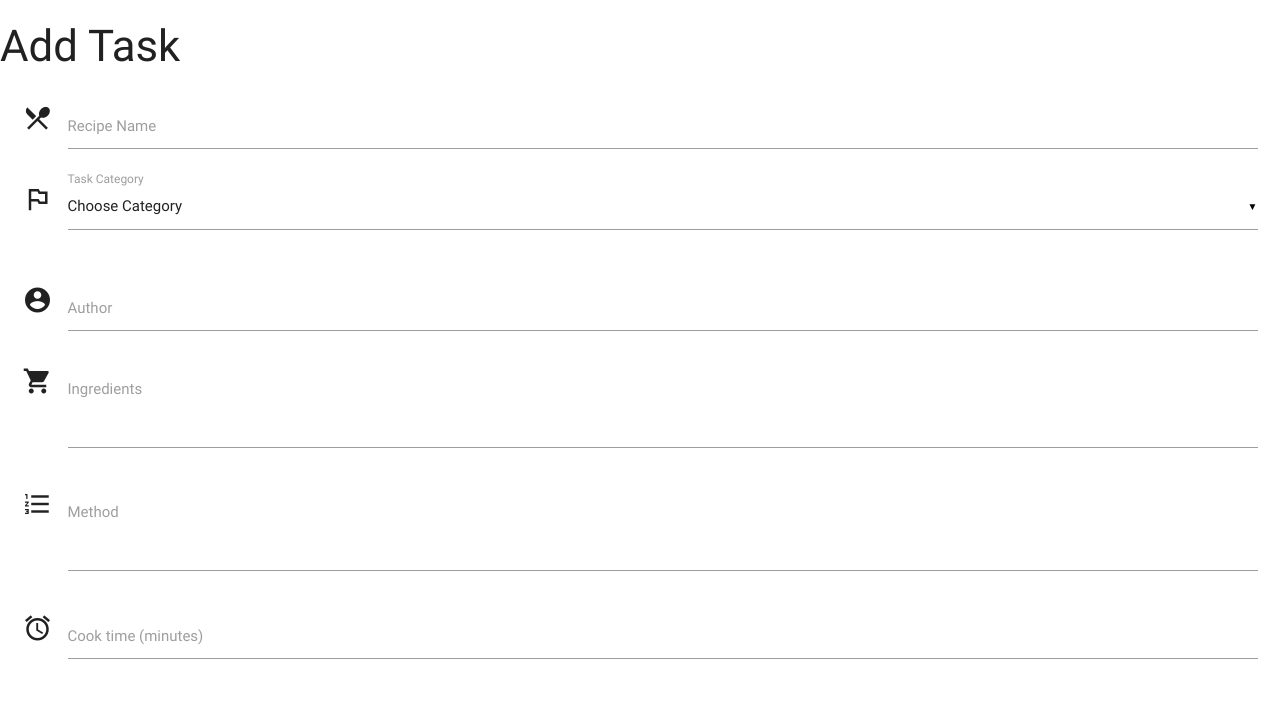
Repository: nakitamccool/francisillingworth-milestone-project-3
Page: http://localhost/add_recipe
The author's editor kept a record of every edit. The page is drawn from the files as they stood at one moment, then again after the next edit.
The browser window is 1280 px wide. The pictures show the whole page.
The page is served by the project's application, run on Flask 3 (app.py). Queries for data that is not in the repository find no rows.

Above is the page before.

### templates/addrecipe.html
{% extends 'base.html' %} {% block content %}

<h3>Add Task</h3>
<div class="row">
    <form action="" method="POST" class="col s12">
        <div class="row">
            <div class="input-field col s12">
                <i class="material-icons prefix">local_dining</i>
                <input id="recipe_name" name="recipe_name" id="recipe_name" type="text" class="validate">
                <label for="icon_prefix">Recipe Name</label>
            </div>


        <div class="row">
            <div class="input-field col s12">
                  <i class="material-icons prefix">outlined_flag</i>
                    <select id="cuisine" name="cuisine_type">
                  <option value="" disabled selected>Choose Category</option>
                  {% for cat in cuisine %}
                      <option value="{{cat.cuisine_type}}">{{cat.cuisine_type}}</option>
                  {% endfor %}
                </select>
                    <label>Task Category</label>
                </div>
            </div>


            <div class="input-field col s12">
                <i class="material-icons prefix">account_circle</i>
                <input id="author" name="author" id="author" type="text" class="validate">
                <label for="icon_telephone">Author</label>
            </div>
            <div class="input-field col s12">
                <i class="material-icons prefix">local_grocery_store</i>
                <textarea id="ingredients" name="ingredients" id="ingredients" class="materialize-textarea"></textarea>
                <label for="icon_telephone">Ingredients</label>
            </div>
            <div class="input-field col s12">
                <i class="material-icons prefix">format_list_numbered</i>
                <textarea name="method" id="method" class="materialize-textarea"></textarea>
                <label for="icon_telephone">Method</label>
            </div>
            <div class="input-field col s12">
                <i class="material-icons prefix">alarm</i>
                <input id="cook_time" name="cook_time" id="cook_time" type="tel" class="validate">
                <label for="icon_telephone">Cook time (minutes)</label>
            </div>
        </div>
    </form>
</div>



{% endblock %}

### templates/base.html
<!DOCTYPE html>
<html lang="en">
<head>
    <link href="https://fonts.googleapis.com/icon?family=Material+Icons"
      rel="stylesheet">
    <link rel="stylesheet"  href="https://cdnjs.cloudflare.com/ajax/libs/materialize/0.100.2/css/materialize.min.css">


</head>
<body>

    {% block content %}
    {% endblock %}
    <script src="https://cdnjs.cloudflare.com/ajax/libs/jquery/3.4.1/jquery.min.js" integrity="sha256-CSXorXvZcTkaix6Yvo6HppcZGetbYMGWSFlBw8HfCJo=" crossorigin="anonymous"></script>
    <script src="https://cdnjs.cloudflare.com/ajax/libs/materialize/0.100.2/js/materialize.min.js"></script>
    <script type="text/javascript">
         $(document).ready(function(){
    $('.collapsible').collapsible();
    $('select').material_select();
  });

    </script>


</body>
</html>

### app.py
import os
from flask import Flask , render_template, redirect, request, url_for
from flask_pymongo import PyMongo
from bson.objectid import ObjectId

db_password = os.environ.get('DB_PASSWORD')

app = Flask(__name__)

app.config["MONGO_DBNAME"] = 'recipe_project'
app.config["MONGO_URI"] = 'mongodb+srv://root:r00tUser@myfirstcluster-aogax.mongodb.net/recipe_project?retryWrites=true&w=majority'

mongo = PyMongo(app)

@app.route('/')

@app.route('/add_recipe')
def add_recipe():
    return render_template('addrecipe.html', cuisine=mongo.db.cuisine.find())

@app.route('/insert_recipe', methods=['POST'])
def insert_recipe():
    recipes=mongo.db.recipe
    recipes.insert_one(request.form.to_dict())
    return redirect(url_for('get_recipes'))




@app.route('/get_recipes')
def get_recipes():
    return render_template("recipes.html", recipes=mongo.db.recipe.find())



if __name__ == '__main__':
    app.run(host=os.environ.get('IP'),
            port=int(os.environ.get('PORT')),
            debug=True)

After the next edit:
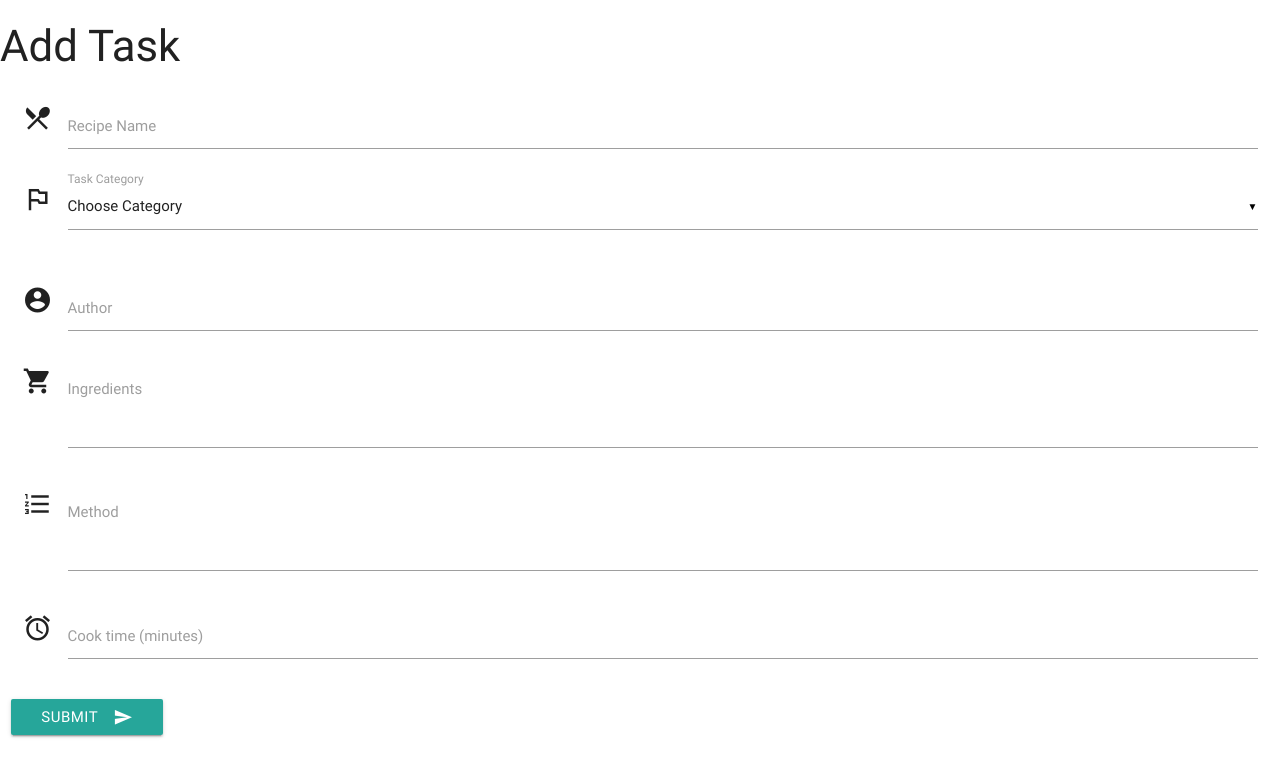
The edit:
--- a/templates/addrecipe.html
+++ b/templates/addrecipe.html
@@ -46,6 +46,14 @@
                 <label for="icon_telephone">Cook time (minutes)</label>
             </div>
         </div>
+        <div class="row">
+        <button class="btn waves-effect waves-light" type="submit" name="action">Submit
+    <i class="material-icons right">send</i>
+  </button>
+
+
+
+
     </form>
 </div>
 
